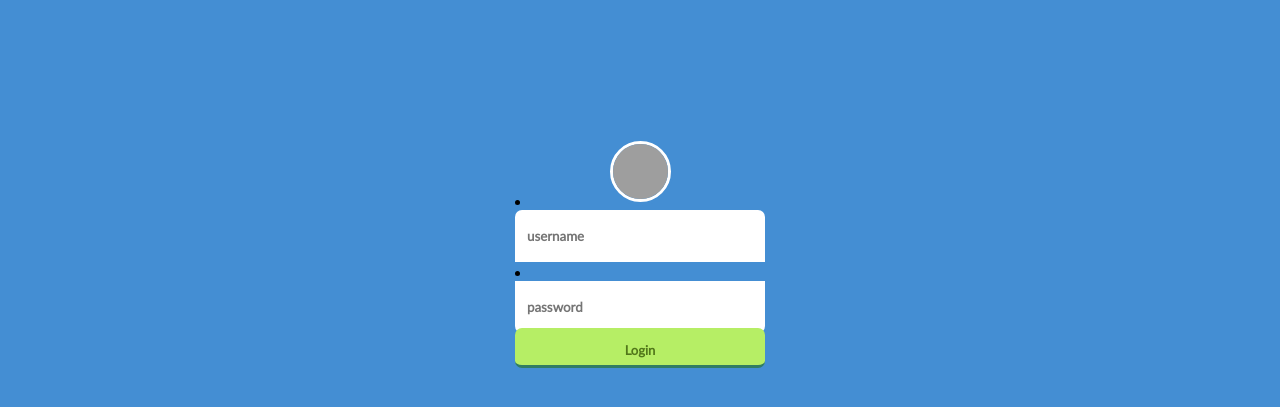
Repository: Naokiyuy/DigitalHum
Page: http://localhost/digital/backend/login.jsp
An editor plug-in stored every save of this project. The page is shown before and after the next save, followed by the edit.
The browser window is 1280 px wide. The pictures show the whole page.
Pictures or frames that could not be fetched are drawn as grey boxes. The page is served by Tomcat 9. Nobody is signed in. The application's start-up code is not run. Other server files are loaded and not shown.

Above is the page before, as saved 2015-03-23 19:09:27.

### digital/src/main/webapp/backend/login.jsp
<%@ page language="java" contentType="text/html; charset=UTF-8" pageEncoding="UTF-8"%>
<%@taglib prefix="c" uri="http://java.sun.com/jsp/jstl/core"%>
<!DOCTYPE html PUBLIC "-//W3C//DTD HTML 4.01 Transitional//EN" "http://www.w3.org/TR/html4/loose.dtd">
<html>
<head>
<style type="text/css">
@font-face {
  font-family: 'Lato';
  font-style: normal;
  font-weight: 400;
  src: local('Lato Regular'), local('Lato-Regular'), url(http://themes.googleusercontent.com/static/fonts/lato/v7/qIIYRU-oROkIk8vfvxw6QvesZW2xOQ-xsNqO47m55DA.woff) format('woff');
}

body {
	background: #448ed3 ;
	font-family: "Lato" ;
}
.wrap {
	width:250px;
	height: auto;
	margin: auto;
	margin-top: 10%;
}
.avatar {
	width: 100%;
	margin: auto;
	width: 65px;
	border-radius: 100px;
	height: 65px;
	background: #448ed3 ;
	position: relative;
	bottom: -15px;
}
.avatar img {
	width: 55px;
	height: 55px;
	border-radius: 100px;
	margin: auto;
	border:3px solid #fff;
	display: block;
}
.wrap input {
	border: none;
	background: #fff;
  font-family:Lato ;
  font-weight:700 ;
	display: block;
	height: 40px;
	outline: none;
	width: calc(100% - 24px) ;
	margin: auto;
	padding: 6px 12px 6px 12px;
}
.bar {
	width: 100%;
	height: 1px;
	background: #fff ;
}
.bar i {
	width: 95%;
	margin: auto;
	height: 1px ;
	display: block;
	background: #d1d1d1;
}
.wrap input[type="text"] {
	border-radius: 7px 7px 0px 0px ;
}
.wrap input[type="password"] {
	border-radius: 0px 0px 7px 7px ;
}
.forgot_link {
	color: #83afdf ;
	color: #83afdf;
	text-decoration: none;
	font-size: 11px;
	position: relative;
	left: 193px;
	top: -36px;
}
.wrap input[type="submit"] {
	width: 100%;
	border-radius: 7px;
	background: #b6ee65;
	text-decoration: center;
	border: none;
	color: #51771a;
  margin-top:-5px;
	padding-top: 14px;
	padding-bottom: 14px;
	outline: none;
	font-size: 13px;
	border-bottom: 3px solid #307d63;
	cursor: pointer;
}
</style>
</head>
<body>

	<div class="wrap">
		<div class="avatar">
			<img src="http://cdn.ialireza.me/avatar.png" alt=""/>
		</div>
		<form method="post" action="/backend/j_spring_security_check">
			<li>
				<input name="j_username" type="text" placeholder="username" required/>
			</li>
			<li>
				<input name="j_password" type="password" placeholder="password" required/>
			</li>
			<div class="p-container">
				<input value="Login" type="submit" />
			</div>
		</form>
	</div>


	<br />
	<c:if test="${param.status=='error'}">
		<label style="color:red">Invalid username or password!!</label>
	</c:if>
	<c:if test="${param.status=='logout'}">
		<label style="color:green">Logged out successfully!</label>
	</c:if>
</body>
</html>

After the next save:
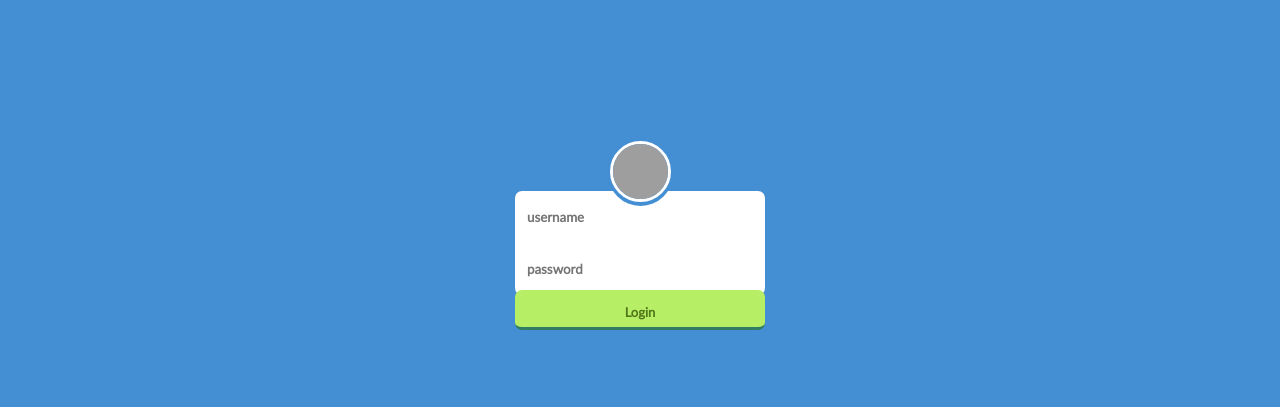
Saved 26 s later.
--- a/digital/src/main/webapp/backend/login.jsp
+++ b/digital/src/main/webapp/backend/login.jsp
@@ -102,15 +102,9 @@ body {
 			<img src="http://cdn.ialireza.me/avatar.png" alt=""/>
 		</div>
 		<form method="post" action="/backend/j_spring_security_check">
-			<li>
-				<input name="j_username" type="text" placeholder="username" required/>
-			</li>
-			<li>
-				<input name="j_password" type="password" placeholder="password" required/>
-			</li>
-			<div class="p-container">
-				<input value="Login" type="submit" />
-			</div>
+			<input name="j_username" type="text" placeholder="username" required/>
+			<input name="j_password" type="password" placeholder="password" required/>
+			<input value="Login" type="submit" />
 		</form>
 	</div>
 
